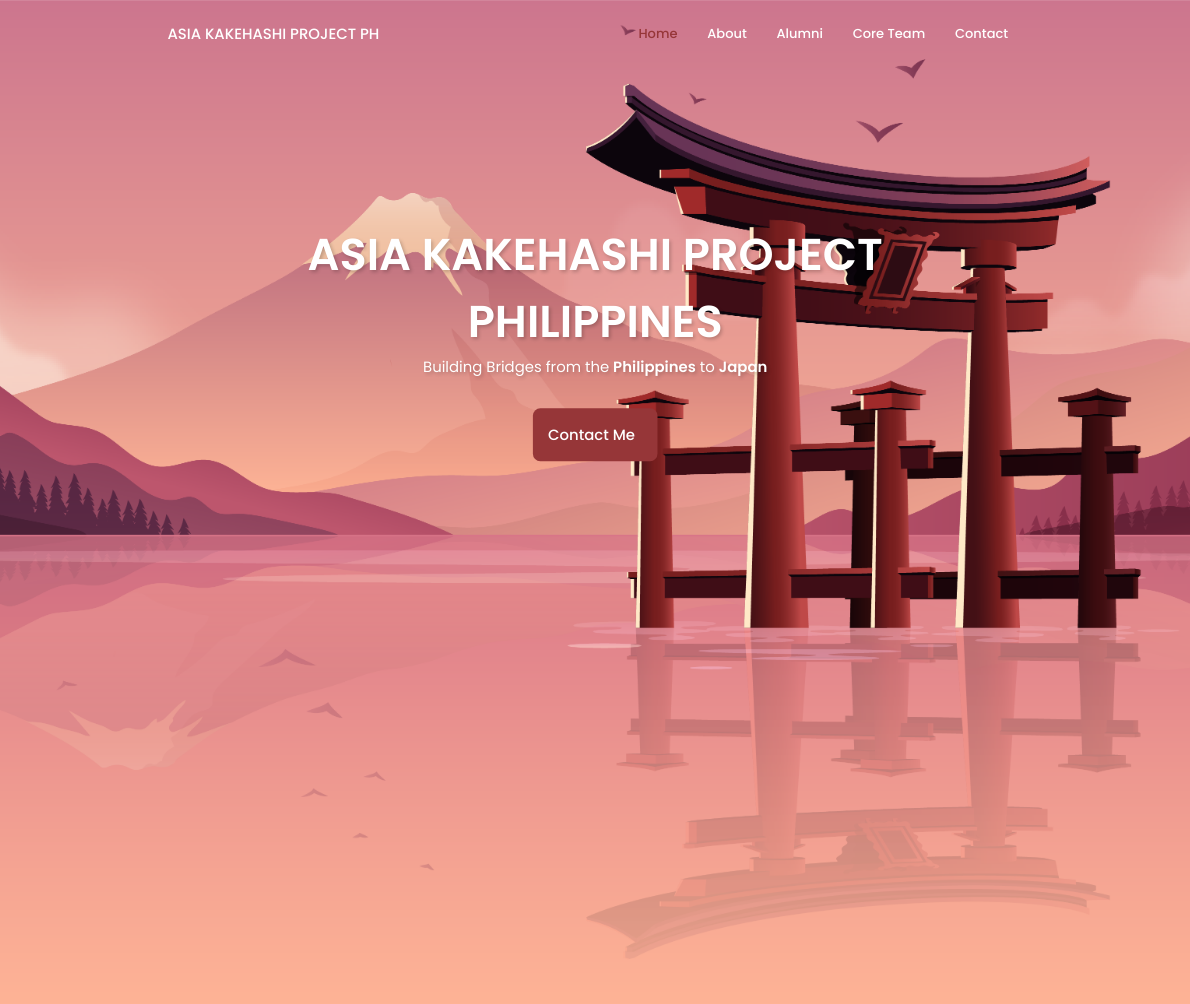
Repository: Aishie123/AKP-PH
Page: index.html
These files come from the project's save history. The page is drawn as it stood at one moment and after the next save; the edit follows.
The browser window is 1280 px wide. The pictures show the whole page, at 93% of full size.
Some icons come from a web library that is not loaded, so they are not drawn.

Above is the page before, as saved 2024-02-17 16:12:27.

### index.html
<!DOCTYPE html>
    <html lang="en">
    <head>
        <meta charset="UTF-8">
        <meta name="viewport" content="width=device-width, initial-scale=1.0">

        <!--==================== UNICONS ====================-->
        <link rel="stylesheet" href="https://unicons.iconscout.com/release/v4.0.8/css/line.css">


        <!--==================== CSS ====================-->
        <link rel="stylesheet" href="assets/css/styles.css">

        <title>Asia Kakehashi Project Philippines</title>
    </head>
    <body>
        <!--==================== HEADER ====================-->
        <header class="header" id="header">
            <nav class="nav container">
                <a href="#" class="nav__logo">ASIA KAKEHASHI PROJECT PH</a>

                <div class="nav__menu" id="nav-menu">
                    <ul class="nav__list grid">
                        <li class="nav__item">
                            <a href="#home" class="nav__link active-link">
                                <i class="uil uil-estate nav__icon"></i>Home
                            </a>
                        </li>
                        <li class="nav__item">
                            <a href="" class="nav__link">
                                <i class="uil uil-user nav__icon"></i>About
                            </a>
                        </li>
                        <li class="nav__item">
                            <a href="" class="nav__link">
                                <i class="uil uil-file-alt nav__icon"></i>Alumni
                            </a>
                        </li>
                        <li class="nav__item">
                            <a href="" class="nav__link">
                                <i class="uil uil-briefcase-alt nav__icon"></i>Core Team
                            </a>
                        </li>
                        <li class="nav__item">
                            <a href="#contact" class="nav__link">
                                <i class="uil uil-message nav__icon"></i>Contact
                            </a>
                        </li>
                    </ul>
                    <i class="uil uil-times nav__close" id="nav-close"></i>
                </div>

                <div class="nav__btns">
                    <!-- Theme change button -->
                    <i class="uil uil-moon change-theme" id="theme-button"></i>

                    <div class="nav__toggle" id="nav-toggle">
                        <i class="uil uil-apps"></i>
                    </div>
                </div>

            </nav>
        </header>

        <!--==================== MAIN ====================-->
        <main class="main">
            <!--==================== HOME ====================-->
            <section class="home section" id="home">
                <div class="home__container container grid">
                    <div class="home__content grid">
                        <div class="home__data">
                            <h1 class="home__title">ASIA KAKEHASHI PROJECT<br>PHILIPPINES</h1>
                            <p class="home__description">Building Bridges from the <b>Philippines</b> to <b>Japan</b></p>
                            <a href="#contact" class="button button--flex">
                                Contact Me <i class="uil uil-message button__icon"></i>
                            </a>
                        </div>
                        <div class="home__parallax">
                            <img src="assets/img/bg/600ppi/Front_Mountains.png" id="front-mountains">
                        </div>
                    </div>

                    <div class="home__scroll">
                        <a href="#about" class="home__scroll-button button--flex">
                            <i class="uil uil-mouse-alt home__scroll-mouse"></i>
                            <span class="home__scroll-name">Scroll down</span>
                            <i class="uil uil-arrow-down home__scroll-arrow"></i>
                        </a>
                    </div>
                </div>
            </section>





        <!--==================== SCROLL TOP ====================-->
        <a href="" class="scrollup" id="scroll-up">
            <i class="uil uil-arrow-up scrollup__icon"></i>
        </a>

        <!--==================== MAIN JS ====================-->
        <script src="assets/js/main.js"></script>
    </body>
</html>

### assets/css/styles.css
/*==================== GOOGLE FONTS ====================*/
@import url('https://fonts.googleapis.com/css2?family=Poppins:wght@400;500;600&display=swap');

/*==================== VARIABLES CSS ====================*/
:root {
    --header-height: 3rem;

    /*========== Colors ==========*/
    /* Change favorite color */
    --hue-color: 359;

    /* HSL color mode */
    --first-color: hsl(var(--hue-color), 47%, 40%);
    --first-color-second: hsl(var(--hue-color), 47%, 40%);
    --first-color-alt: hsl(var(--hue-color), 35%, 32%);
    --first-color-lighter: hsl(var(--hue-color), 70%, 64%);
    --title-color: var(--container-color);
    --text-color: #fff;
    --text-color-light: hsl(var(--hue-color), 8%, 65%);
    --input-color: hsl(var(--hue-color), 70%, 96%);
    --body-color: hsl(var(--hue-color), 60%, 99%);
    --container-color: #fff;
    --scroll-bar-color: hsl(var(--hue-color), 12%, 90%);
    --scroll-thumb-color: hsl(var(--hue-color), 12%, 80%);

    /*========== Font and typography ==========*/
    --body-font: 'Poppins', sans-serif;

    /* .5rem = 8px, 1rem = 16px, 1.5rem = 24px ... */
    --big-font-size: 2rem;
    --h1-font-size: 1.5rem;
    --h2-font-size: 1.25rem;
    --h3-font-size: 1.125rem;
    --normal-font-size: .938rem;
    --small-font-size: .813rem;
    --smaller-font-size: .75rem;

    /*========== Font weight ==========*/
    --font-medium: 500;
    --font-semi-bold: 600;

    /*========== Margins Bottom ==========*/
    /* .25rem = 4px, .5rem = 8px, .75rem = 12px ... */
    --mb-0-25: .25rem;
    --mb-0-5: .5rem;
    --mb-0-75: .75rem;
    --mb-1: 1rem;
    --mb-1-5: 1.5rem;
    --mb-2: 2rem;
    --mb-2-5: 2.5rem;
    --mb-3: 3rem;

    /*========== z index ==========*/
    --z-tooltip: 10;
    --z-fixed: 100;
    --z-modal: 1000;
}

/* Font size for large devices */
@media screen and (min-width: 968px) {
    :root {
        --big-font-size: 3rem;
        --h1-font-size: 2.25rem;
        --h2-font-size: 1.5rem;
        --h3-font-size: 1.25rem;
        --normal-font-size: 1rem;
        --small-font-size: .875rem;
        --smaller-font-size: .813rem;
    }
}

/*========== Variables Dark theme ==========*/
body.dark-theme{
  /* HSL color mode */
  --first-color-second: hsl(var(--hue-color), 30%, 8%);
  --title-color: var(--container-color);
  --text-color: hsl(var(--hue-color), 8%, 75%);
  --input-color: hsl(var(--hue-color), 29%, 16%);
  --body-color: hsl(var(--hue-color), 28%, 12%);
  --container-color: hsl(var(--hue-color), 29%, 16%);
  --scroll-bar-color: hsl(var(--hue-color), 12%, 48%);
  --scroll-thumb-color: hsl(var(--hue-color), 12%, 36%);
}

/*========== Button Dark/Light ==========*/
.nav__btns{
  display: flex;
  align-items: center;
}

.change-theme{
  font-size: 1.25rem;
  color: var(--title-color);
  margin-right: var(--mb-1);
  cursor: pointer;
}

.change-theme:hover{
  color: var(--first-color);
}

/*==================== BASE ====================*/
* {
  box-sizing: border-box;
  padding: 0;
  margin: 0;
}

html {
  scroll-behavior: smooth;
}

body {
  margin: 0 0 var(--header-height) 0;
  font-family: var(--body-font);
  font-size: var(--normal-font-size);
  background-color: var(--body-color);
  color: var(--text-color);
}

h1, h2, h3, h4 {
  color: var(--title-color);
  font-weight: var(--font-semi-bold);
}

ul {
  list-style: none;
}

a {
  text-decoration: none;
}

img {
  /*max-width: 100%;*/
  height: auto;
}

/*==================== REUSABLE CSS CLASSES ====================*/
/*
.section {
  padding: 2rem 0 4rem;
}
*/

.section__title {
  font-size: var(--h1-font-size);
  color: var(--title-color);
}

.section__subtitle {
  display: block;
  font-size: var(--small-font-size);
  margin-bottom: var(--mb-3);
}

.section__title,
.section__subtitle {
  text-align: center;
}

/*==================== LAYOUT ====================*/
.container {
  padding-left: var(--mb-1-5);
  padding-right: var(--mb-1-5);
}

.grid {
  display: grid;
  gap: 1.5rem;
}

.header {
  width: 100%;
  position: fixed;
  bottom: 0;
  left: 0;
  z-index: var(--z-fixed);
 /*background-color: var(--body-color);*/
}

/*==================== NAV ====================*/
.nav{
  max-width: 968px;
  height: var(--header-height);
  display: flex;
  justify-content: space-between;
  align-items: center;
}

.nav__logo,
.nav__toggle{
  color: var(--title-color);
  font-weight: var(--font-medium);
}

.nav__logo:hover{
  color: var(--first-color);
}

.nav__toggle{
  font-size: 1.1rem;
  cursor: pointer;
}

.nav__toggle:hover{
  color: var(--first-color);
}

@media screen and (max-width: 767px){
  .nav__menu{
    position: fixed;
    bottom: -100%;
    left: 0;
    width: 100%;
    background-color: var(--body-color);
    padding: 2rem 1.5rem 4rem;
    box-shadow: 0 -1px 4px rgba(0, 0, 0, 0.15);
    border-radius: 1.5rem 1.5rem 0 0;
    transition: .3s;
  }
}

.nav__list{
  grid-template-columns: repeat(3, 1fr);
  gap: 2rem;
}

.nav__link{
  display: flex;
  flex-direction: column;
  align-items: center;
  font-size: var(--small-font-size);
  color: var(--container-color);
  font-weight: var(--font-medium);
}

.nav__link:hover{
  color: var(--first-color);
}

.nav__icon{
  font-size: 1.2rem;
}

.nav__close{
  position: absolute;
  right: 1.3rem;
  bottom: .5rem;
  font-size: 1.5rem;
  cursor: pointer;
  color: var(--first-color);
}

.nav__close:hover{
  color: var(--first-color-alt);
}

/* show menu */
.show-menu{
  bottom: 0;
}

/* Active link */
.active-link{
  color: var(--first-color);
}

/* Change background header */
.scroll-header{
  box-shadow: 0 -1px 4px rgba(0, 0, 0, 0.15);
}

/*==================== HOME ====================*/
.home__container{
    gap: 1rem;
    background: url(../img/bg/600ppi/Back_Sky.png) center/cover no-repeat;
    height: 100vh;
    background-size: cover; /* This will make the background image cover the entire container */
  overflow: hidden; /* Hide any content that overflows the container */
}

  .home__content {
    position: relative;
    padding-top: 3.5rem;
    align-items: center;
  }

  .home__parallax {
    position: absolute;
    top: 0;
    left: 0;
    width: 100%; /* Relative width */
    height: auto; /* Maintain aspect ratio */
    max-width: 100%; /* Ensure the image doesn't exceed its natural size */
    z-index: 0;
  }

  #front-mountains {
    position: relative; /* Change to relative positioning */
    width: 130rem;
    transform: translate(-30%, -30%); /* Adjust to center the element */

  }

  .home__social{
    display: grid;
    grid-template-columns: max-content;
    row-gap: 1rem;
  }

  .home__social-icon{
    font-size: 1.25rem;
    color: var(--first-color);
  }

  .home__social-icon:hover{
    color: var(--first-color-alt);
  }

  .home__data {
    display: flex;
    flex-direction: column;
    align-items: center;
    justify-content: center;
    z-index: var(--z-tooltip);
  }

  .home__title{
    font-size: var(--big-font-size);
    text-align: center;
    text-shadow: 2px 2px 4px rgba(0, 0, 0, 0.2); /* Adjust the shadow properties as needed */
  }

  .home__subtitle{
    font-size: var(--h3-font-size);
    color: var(--text-color);
    font-weight: var(--font-medium);
    margin-bottom: var(--mb-0-75);
  }

  .home__description{
    text-align: center;
    margin-bottom: var(--mb-2);
    text-shadow: 2px 2px 4px rgba(0, 0, 0, 0.2); /* Adjust the shadow properties as needed */
  }

  .home__scroll{
    display: none;
  }

  .home__scroll-button{
    color: var(--first-color);
    transition: .3s;
  }

  .home__scroll-button:hover{
    transform: translateY(.25rem);
  }

  .home__scroll-mouse{
    font-size: 2rem;
  }

  .home__scroll-name{
    font-size: var(--small-font-size);
    color: var(--title-color);
    font-weight: var(--font-medium);
    margin-right: var(--mb-0-25);
  }

  .home__scroll-arrow{
    font-size: 1.25rem;
  }

  /*==================== BUTTONS ====================*/
  .button{
    display: inline-block;
    background-color: var(--first-color);
    color: #FFF;
    padding: 1rem;
    border-radius: .5rem;
    font-weight: var(--font-medium);
  }

  .button:hover{
    background-color: var(--first-color-alt);
  }

  .button__icon{
    font-size: 1.25rem;
    margin-left: var(--mb-0-5);
    transition: .3s;
  }

  .button--flex{
    display: inline-flex;
    align-items: center;
  }




/*==================== FOOTER ====================*/
.footer{
    text-align: center;
    padding-top: 2rem;
  }

  .footer__container{
    row-gap: 1rem;
  }

  .footer__bg{
    background-color: var(--first-color-second);
    padding: 2rem 0 3rem;
  }

  .footer__title{
    font-size: var(--h1-font-size);
    margin-bottom: var(--mb-0-25);
  }

  .footer__subtitle{
    font-size: var(--small-font-size);
  }

  .footer__socials{
    font-size: 1.25rem;
    /* margin-right: var(--mb-1-5); */
    display: inline-block;
  }

  .footer__social:hover{
    color: var(--first-color-lighter);
  }

  .footer__copy{
    font-size: var(--smaller-font-size);
    text-align: center;
    margin-top: var(--mb-1);
  }

  .footer__title,
  .footer__subtitle,
  .footer__social,
  .footer__copy{
    color: #FFF
  }

  /*========== SCROLL UP ==========*/
  .scrollup{
    position: fixed;
    right: 1rem;
    bottom: -20%;
    background-color: var(--first-color);
    opacity: .8;
    padding: 0 .3rem;
    border-radius: .4rem;
    z-index: var(--z-tooltip);
    transition: .4s;
  }

  .scrollup:hover{
    background-color: var(--first-color-alt);
  }

  .scrollup__icon{
    font-size: 1.5rem;
    color: #FFF;
  }

  /* Show scroll */
  .show-scroll{
    bottom: 5rem;
  }

  /*========== SCROLL BAR ==========*/
  ::-webkit-scrollbar{
    width: .60rem;
    background-color: var(--scroll-bar-color);
    border-radius: .5rem;
  }

  ::-webkit-scrollbar-thumb{
    background-color: var(--scroll-thumb-color);
    border-radius: .5rem;
  }

  ::-webkit-scrollbar-thumb:hover{
    background-color: var(--text-color-light);
  }

  /*==================== MEDIA QUERIES ====================*/
  /* For small devices */
  @media screen and (max-width: 350px){
    .container{
      padding-left: var(--mb-1);
      padding-right: var(--mb-1);
    }

    .nav__menu{
      padding: 2rem .25rem 4rem;
    }

    .nav__list{
      column-gap: 0;
    }

    .home__container{
      row-gap: 5rem;
      height: 100vh;
    }

  }

  /* For medium devices */
  @media screen and (min-width: 568px){

    .home__data{
      grid-column: initial;
    }
    .home__img{
      order: 1;
      justify-self: center;
    }

    .home__container{
      row-gap: 5rem;
      height: 100vh;
    }
  }

  @media screen and (min-width: 768px){
    .container{
      margin-left: auto;
      margin-right: auto;
    }

    body{
      margin: 0;
    }

    .section__subtitle{
      margin-bottom: 4rem;
    }

    .header{
      top: 0;
      bottom: initial;
    }

    .nav{
      height: calc(var(--header-height) + 1.5rem);
      column-gap: 1rem;
    }

    .nav__icon,
    .nav__close,
    .nav__toggle{
      display: none;
    }

    .nav__list{
      display: flex;
      column-gap: 2rem;
    }
    .nav__menu{
      margin-left: auto;
    }
    .change-theme{
      margin: 0;
    }

    .home__content {
      position: relative;
      padding-top: 5rem;
      align-items: center;
    }

    .home__container{
      row-gap: 5rem;
      height: 150vh;
    }

    .home__scroll{
      display: block;
    }
    .home__scroll-button{
      margin-left: 3rem;
    }

  }

  /* For large devices */
  @media screen and (min-width: 1024px){
    .header,
    .main,
    .footer__container{
      padding: 0;
    }

    .home__social{
      transform: translateX(-6rem);
    }

  }

### assets/js/main.js
/*==================== DARK LIGHT THEME ====================*/

const themeButton = document.getElementById('theme-button')
const darkTheme = 'dark-theme'
const iconTheme = 'uil-sun'

// Previously selected topic (if user selected)
const selectedTheme = localStorage.getItem('selected-theme')
const selectedIcon = localStorage.getItem('selected-icon')

// We obtain the current theme that the interface has by validating the dark-theme class
const getCurrentTheme = () => document.body.classList.contains(darkTheme) ? 'dark' : 'light'
const getCurrentIcon = () => themeButton.classList.contains(iconTheme) ? 'uil-moon' : 'uil-sun'

// We validate if the user previously chose a topic
if (selectedTheme) {
  // If the validation is fulfilled, we ask what the issue was to know if we activated or deactivated the dark
  document.body.classList[selectedTheme === 'dark' ? 'add' : 'remove'](darkTheme)
  themeButton.classList[selectedIcon === 'uil-moon' ? 'add' : 'remove'](iconTheme)
}

// Activate / deactivate the theme manually with the button
themeButton.addEventListener('click', () => {
    // Add or remove the dark / icon theme
    document.body.classList.toggle(darkTheme)
    themeButton.classList.toggle(iconTheme)
    // We save the theme and the current icon that the user chose
    localStorage.setItem('selected-theme', getCurrentTheme())
    localStorage.setItem('selected-icon', getCurrentIcon())
})

After the next save:
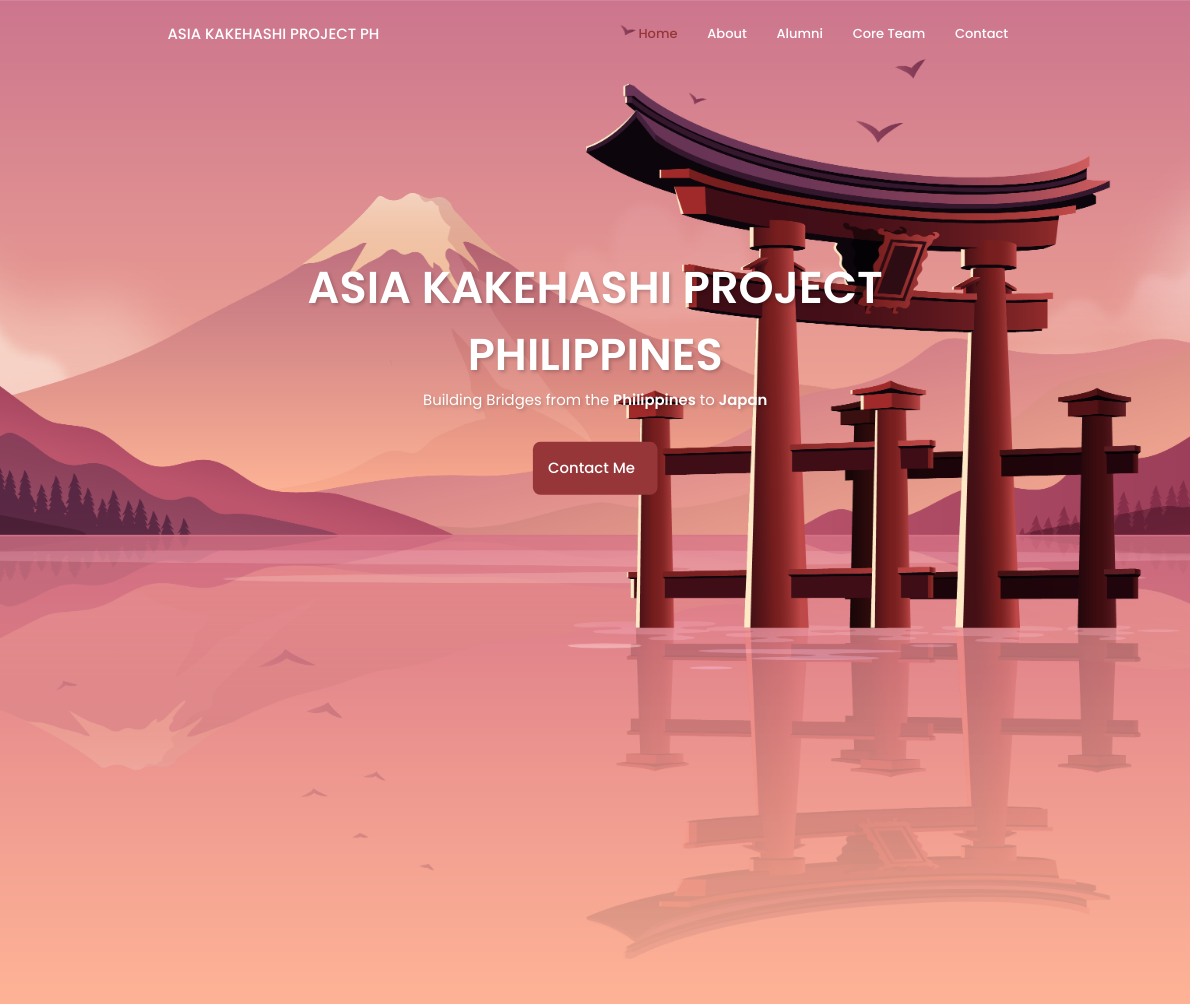
Saved 54 s later.
--- a/assets/css/styles.css
+++ b/assets/css/styles.css
@@ -574,7 +574,7 @@
 
     .home__content {
       position: relative;
-      padding-top: 5rem;
+      padding-top: 8rem;
       align-items: center;
     }
 
